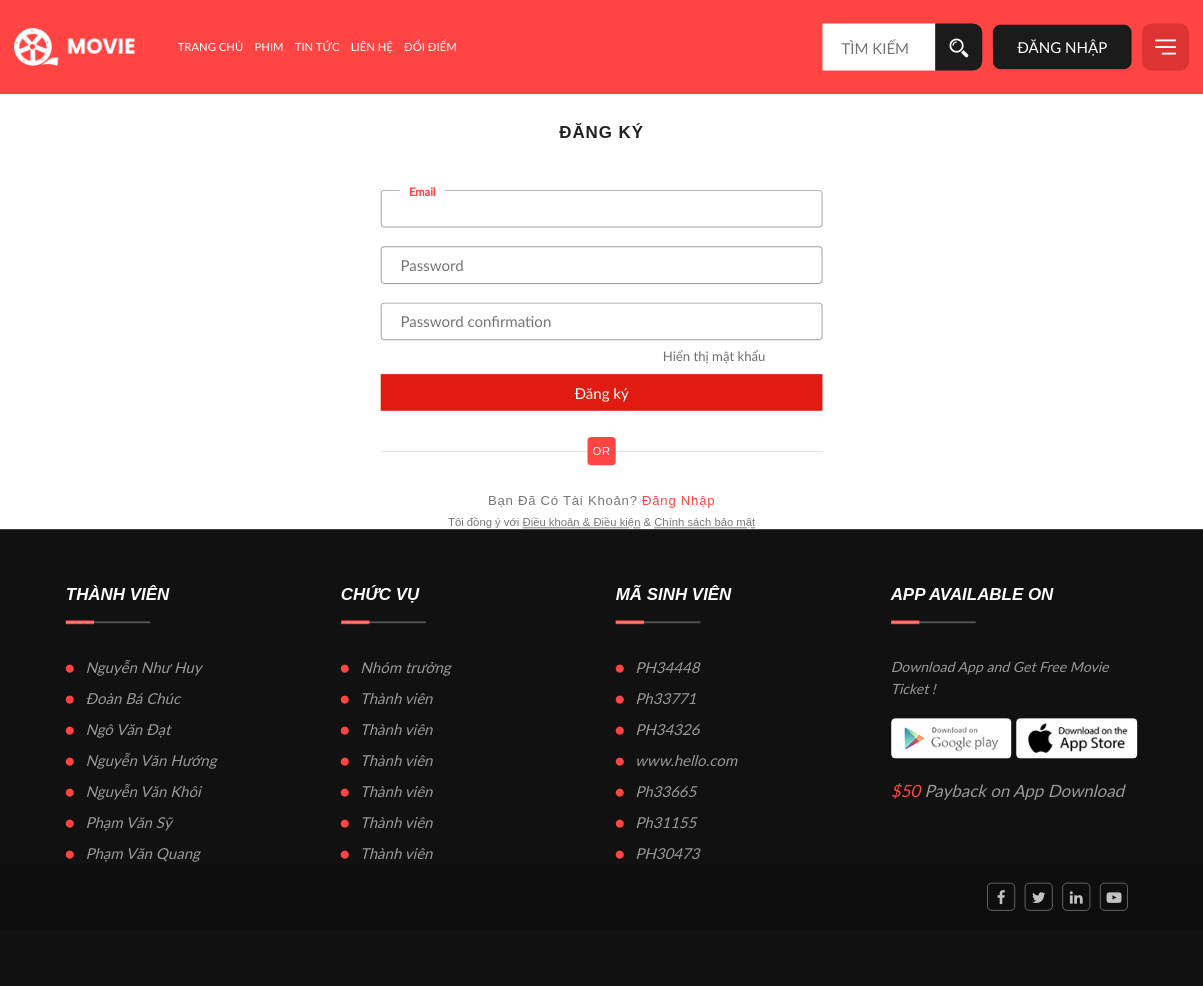
Repository: TK-NNH/DATN
Page: http://localhost/auth/register
The author's editor kept a copy of each file at every save. The page is drawn from the files as they stood at one save, then again after the next save.
The browser window is 1280 px wide. The pictures show the whole page, at 94% of full size.
Some web fonts or font styles are not loaded; a fallback is used. The page is served by the project's Laravel application, run on PHP 8.4 with Laravel 10. The database holds what the project's SQL file puts in it. Queries for data that is not in the repository find no rows.

Above is the page before, as saved 2024-12-20 12:09:54.

After the next save:
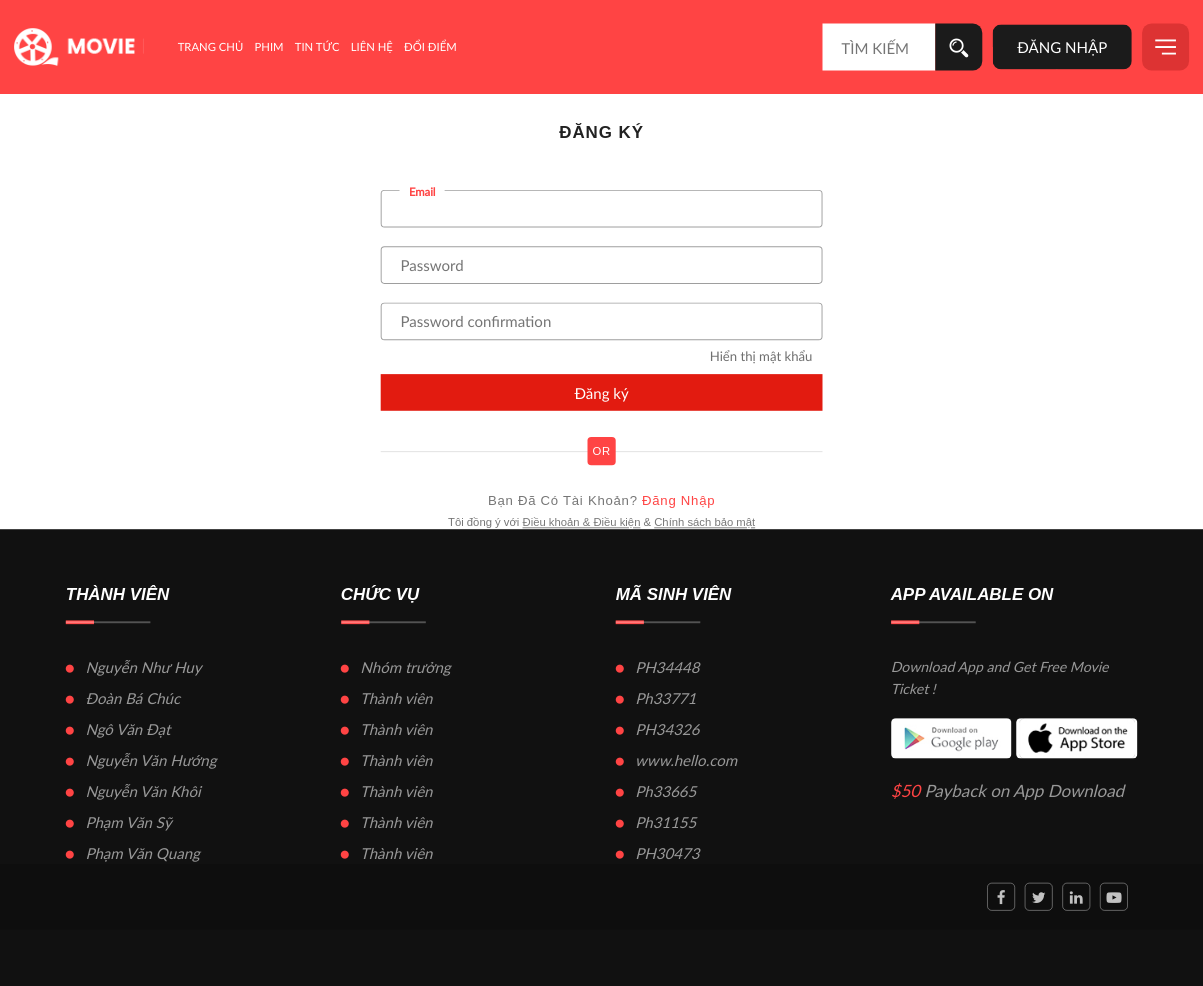
Saved 5 s later.
--- a/FilmHub-Booking/Backend-filmhub/resources/views/frontend/auth/register.blade.php
+++ b/FilmHub-Booking/Backend-filmhub/resources/views/frontend/auth/register.blade.php
@@ -84,7 +84,7 @@
                         @if ($errors->has('password_confirmation'))
                             <div class="text-danger mt-1">{{ $errors->first('password_confirmation') }}</div>
                         @endif
-                        <div id="showmatkhau" style="margin-left: 300px; font-size: 14px; margin-top: 5px; cursor: pointer">Hiển thị mật khẩu</div>
+                        <div id="showmatkhau" style="margin-left: 350px; font-size: 14px; margin-top: 5px; cursor: pointer">Hiển thị mật khẩu</div>
 
                         @if (isset($email) && $email != "")
                             <p style="margin-top: 5px; ">Chúng tôi đã gửi xác nhận đăng ký tài khoản về email {{$email}}</p>
